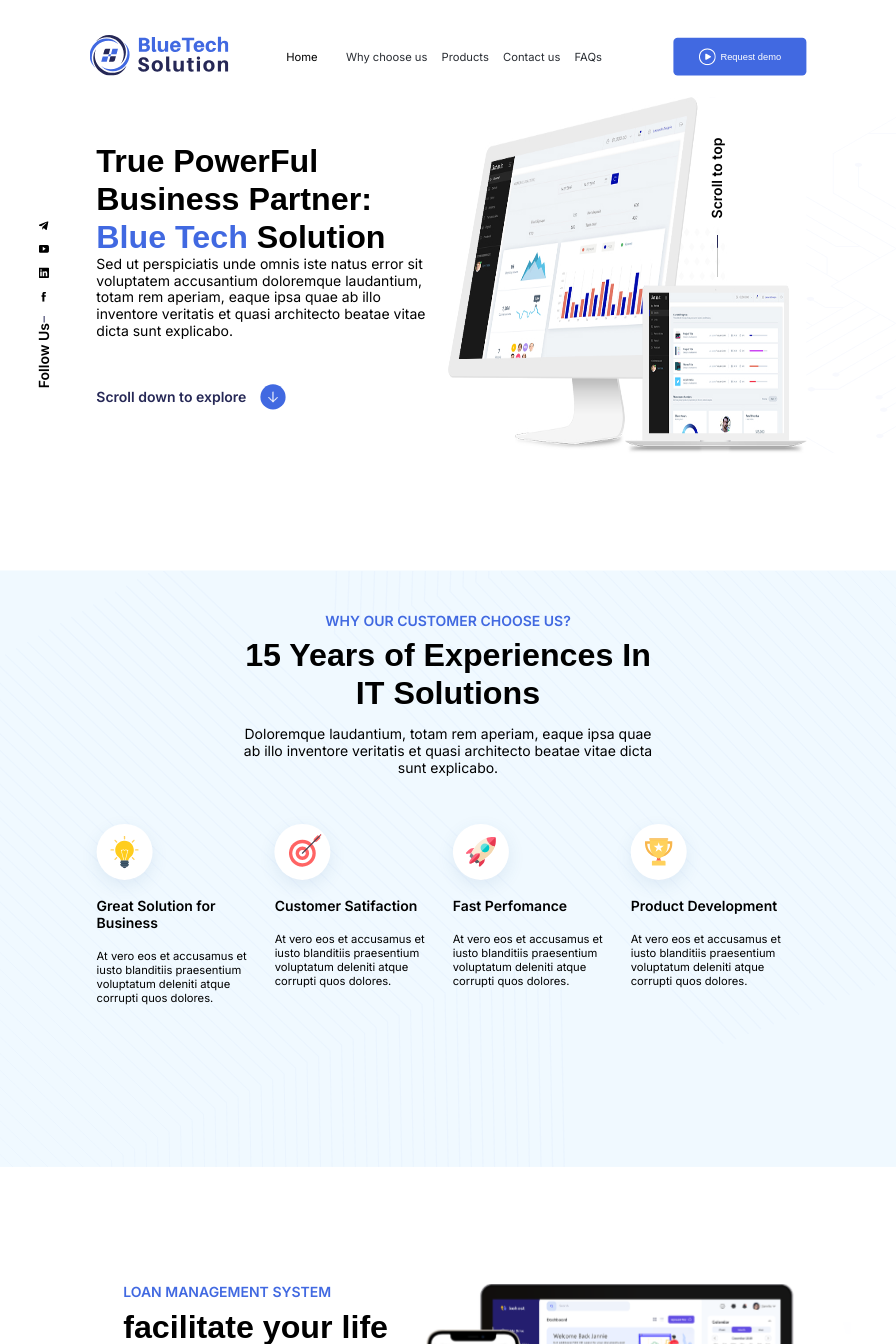
Repository: Chamsmey/static-html-css
Page: index.html
These files come from the project's save history. The page is drawn as it stood at one moment and after the next save; the edit follows.
The browser window is 1280 px wide. The pictures show the part of the page from y = 0 to 1920 px (the page is 3034 px tall), at 70% of full size.
Some web fonts or font styles are not loaded; a fallback is used.

Above is the page before, as saved 2022-11-15 15:50:17.

### index.html
<!DOCTYPE html>
<html lang="en">

<head>
    <meta charset="UTF-8">
    <meta http-equiv="X-UA-Compatible" content="IE=edge">
    <meta name="viewport" content="width=device-width, initial-scale=1.0">
    <title>Blue Tech Solution</title>
    <link rel="stylesheet" href="./css/style.css">
    <link rel="shortcut icon" href="./icons/BlueTech solution _ Logo.svg" type="image/x-icon">
</head>

<body>

    <!-- /// navbar  -->
    <div class="container">
        <nav>
            <div class="logo_group">
                <img src="./icons/BlueTech solution _ Logo.svg" alt="">
            </div>
            <ul class="nav_menu flex_evenly_center">
                <a href="#">
                    <li class="menu_items">Home</li>
                </a>
                <a href="#choose_us">
                    <li class="menu_items">Why choose us
                </a>
                <a href="#products">
                    <li class="menu_items">Products
                </a>
                <a href="#contact">
                    <li class="menu_items">Contact us
                </a>
                <a href="#faq">
                    <li class="menu_items">FAQs</li>
                </a>
            </ul>
            <button class="btn btn_primary">
                <img src="./icons/icon_play_circle.svg" alt="">
                <span>Request demo</span>
            </button>
        </nav>
        <!-- // home  -->
        <section id="home" class="">
            <!-- si=============side left ========= -->
            <div id="side_left" class="flex_beteen_center">

                <div id="follow_social">
                    <div class="icon_group flex_col">
                        <img class="follow_icon" width="15.02px" height="12.6px" src="./icons/icon_telegram.svg" alt="">
                        <img class="follow_icon" width="14.98px
                        " height="11.24px" src="./icons/icon_youtube.svg" alt="">
                        <img class="follow_icon" width="15px" height="15px" src="./icons/icon_linkedIn.svg" alt="">
                        <img class="follow_icon" width="7.5px" height="15px" src="./icons//Icon_facebook.svg" alt="">
                        <img class="follow_icon" width="2px" height="10px" src="./icons//icon_I.svg" alt="">

                        <h5 class="text_tranform text_sm text_center my_25"> Follow Us </h5>

                    </div>
                </div>
                <div id="content">
                    <div class="">
                        <h1 class="text_3xl" >True PowerFul Business Partner: <span class="text_3xl color_primary">Blue Tech </span>Solution</h1>
                        <p class="text_sm">Sed ut perspiciatis unde omnis iste natus error sit voluptatem
                            accusantium doloremque laudantium, totam rem aperiam, eaque ipsa quae ab
                            illo inventore veritatis et quasi architecto
                            beatae vitae dicta sunt explicabo.</p>
                    </div>
                    <div class="">
                        <div id="scroll_icon">
                            <h4 class="text_sm color_secodary">Scroll down to explore</h4>
                            <div class="icon_circle bg_primary ml_10">
                                <img src="./icons/icon_arrow_down_white.png" alt="">
                            </div>
                        </div>

                    </div>

                </div>
            </div>
            <!-- /////////////// side right  -->
            <div id="side_right">
                <img src="./images/home/01.jpg" alt="">
            </div>
        </section>
        </section>

        <!-- choose us -->
        <section id="choose_us" class="choose_us_section bg_primary">
            <div class="header">
                <div class="section_header">
                    <h4 class="text_sm color_primary text_upper mt_50">
                        Why our customer choose us?
                    </h4>
                    <h1 class="text_3xl my_10">
                        15 Years of Experiences
                        In IT Solutions
                    </h1>
                    <p class="text_sm my_10">
                        Doloremque laudantium, totam rem aperiam,
                        eaque ipsa quae ab illo inventore veritatis et quasi architecto beatae
                        vitae dicta sunt explicabo.
                    </p>
                </div>
            </div>
            <div class="card_group_items">
                <div class="card_group flex_beteen_start">
                    <div class="card">
                        <div class="card_header">
                            <div class="icon_circle bg_white icon_80x_80x box_shadow">
                                <img src="./icons/icon_light.svg" alt="">
                            </div>
                        </div>
                        <div class="card_body">
                            <h4 class="text_sm my_25">Great Solution for Business</h4>
                            <p class="text_ms my_10">At vero eos et accusamus et iusto blanditiis praesentium
                                voluptatum deleniti atque corrupti quos dolores.</p>
                        </div>
                    </div>
                    <div class="card">
                        <div class="card_header">
                            <div class="icon_circle bg_white icon_80x_80x box_shadow">
                                <img class="posttion_absolute_center" src="./icons/icon_focus.svg" alt="">
                            </div>
                        </div>
                        <div class="card_body">
                            <h4 class="text_sm my_25">Customer Satifaction</h4>
                            <p class="text_ms my_10">At vero eos et accusamus et iusto blanditiis praesentium
                                voluptatum deleniti atque corrupti quos dolores.</p>
                        </div>
                    </div>
                    <div class="card">
                        <div class="card_header">
                            <div class="icon_circle bg_white icon_80x_80x box_shadow">
                                <img src="./icons/icon_rocket.svg" alt="">
                            </div>
                        </div>
                        <div class="card_body">
                            <h4 class="text_sm my_25">Fast Perfomance</h4>
                            <p class="text_ms my_10">
                                At vero eos et accusamus et iusto blanditiis praesentium
                                voluptatum deleniti atque corrupti quos dolores.</p>
                        </div>
                    </div>
                    <div class="card">
                        <div class="card_header">
                            <div class="icon_circle bg_white icon_80x_80x box_shadow">
                                <img src="./icons/icon_champion.svg" alt="">
                            </div>
                        </div>
                        <div class="card_body">
                            <h4 class="text_sm my_25">Product Development</h4>
                            <p class="text_ms my_10">At vero eos et accusamus et iusto blanditiis praesentium
                                voluptatum deleniti atque corrupti quos dolores.</p>
                        </div>
                    </div>
                </div>
            </div>
            <div class="scroll_bar">
                <h4 class="scroll_bar_title text_sm text_tranform py_30">
                 Scroll to top
                </h4>

                <div class="bar">
                    <img src="./icons/icon_scroll_bar.svg" alt="">
                </div>
            </div>
        </section>
    </div>
    <div>

    </div>
    <!-- product  -->
    <div class="container">
        <section id="products" class="products_section">
            <div class="product_description">
                <h4 class="text_sm text_upper color_primary">Loan Management system</h4>
                <h1 class="text_3xl mt_10">
                    facilitate your life and business
                </h1>
                <p class="text_ms">We provide you with turnkey solutions to support the development
                    of your business and make a better life.</p>
                    <div class="product_values flex_beteen_start">
                        <div class="product_value flex_align_center mt_20">
                            <img src="./icons/icon_percent.svg" alt="">
                            <p class="text_sm text_simibold ml_20">Eliminating human error</p>
                        </div>
                        <div class="product_value flex_align_center mt_20">
                            <img src="./icons/icon_micro.svg" alt="">
                            <p class="text_sm text_simibold ml_20">Automated reporting</p>
                        </div>
                        <div class="product_value flex_align_center mt_20">
                            <img src="./icons/icon_prevent.svg" alt="">
                            <p class="text_sm text_simibold ml_20">Preventing delays in payment</p>
                        </div>
                        <div class="product_value flex_align_center mt_20">
                            <img src="./icons/icon_sms.svg" alt="">
                            <p class="text_sm text_simibold ml_20">Increased revenue</p>
                        </div>
                        <div class="product_value flex_align_center mt_20">
                            <img src="./icons/icon_save.svg" alt="">
                            <p class="text_sm text_simibold ml_20">Saving time</p>
                        </div>
                    </div>
                <button class="btn btn_primary mt_50"><a href="#" class="color_white">Explore more</a> <img src="./icons/icon_arrow_right.svg" alt=""></button>
            </div>
            <div class="product_bg">
                <img src="./images/product.svg" alt="">

            </div>

        </section>
        <section id="products" class="products_section">
            <div class="product_bg">
                <img src="./images/products/products.svg" alt="">

            </div>
            <div class="product_description">
                <h4 class="text_sm text_upper color_primary">Loan Management system</h4>
                <h1 class="text_3xl mt_10">
                    facilitate your life and business
                </h1>
                <p class="text_ms">We provide you with turnkey solutions to support the development
                    of your business and make a better life.</p>
                    <div class="product_values flex_beteen_start">
                        <div class="product_value flex_align_center mt_20">
                            <img src="./icons/icon_percent.svg" alt="">
                            <p class="text_sm text_simibold ml_20">Eliminating human error</p>
                        </div>
                        <div class="product_value flex_align_center mt_20">
                            <img src="./icons/icon_micro.svg" alt="">
                            <p class="text_sm text_simibold ml_20">Automated reporting</p>
                        </div>
                        <div class="product_value flex_align_center mt_20">
                            <img src="./icons/icon_prevent.svg" alt="">
                            <p class="text_sm text_simibold ml_20">Preventing delays in payment</p>
                        </div>
                        <div class="product_value flex_align_center mt_20">
                            <img src="./icons/icon_sms.svg" alt="">
                            <p class="text_sm text_simibold ml_20">Increased revenue</p>
                        </div>
                        <div class="product_value flex_align_center mt_20">
                            <img src="./icons/icon_save.svg" alt="">
                            <p class="text_sm text_simibold ml_20">Saving time</p>
                        </div>
                    </div>
                <button class="btn btn_primary mt_50"><a href="#" class="color_white">Explore more</a> <img src="./icons/icon_arrow_right.svg" alt=""></button>
            </div>


        </section>

    </div>
    <!-- contact  -->
    <section id="contact" class="contact_us_section">

    </section>

    <!-- FAQs  -->
    <section id="faq" class="faq_section">

    </section>
    </div>

    <!-- footer -->
    <footer>

    </footer>
</body>

</html>

### css/style.css
@import url("https://fonts.cdnfonts.com/css/recoleta");
@import url("https://fonts.googleapis.com/css2?family=Inter:wght@100;200;300;400;500;600&family=Open+Sans:ital,wght@0,300;0,400;1,300&display=swap");

* {
  padding: 0;
  margin: 0;
  box-sizing: border-box;
  scroll-behavior: smooth;
}
/* root  */
:root {
  /* color  */
  --color-primary: #4169e1;
  --color-secondary: #262856;
  --bg-color-:#F0F9FF
;
  --color-black: #292d33;
  --color-red: #c14040;
  --color-background: #f1f6fa;
  /* // font size  */
  --text-headline-1: 46px;
  --text-headline-2: 38px;
  --text-headline-3: 30px;
  --text-headline-4: 22px;
  --text-headline-6:18px;
  --text-paragraph-1: 20px;
  --text-paragraph-2: 16px;
  --text-paragraph-3:14px;
  /* // font  family  */
  --heading-font: "Recoleta", sans-serif;
  --paragraph-font: "Open Sans", sans-serif;
  --sub-heading-font: "Inter", sans-serif;
}
/* nav/ */
.color_primary {
  color: var(--color-primary);
}
.color_secodary{
  color: var(--color-secondary);
}
.bg_white{
  background:#fff;
}

/* // text style  */
.text_sm{
  font-size: var(--text-paragraph-1);
  font-family: var(--sub-heading-font);

}
.text_ms{
  font-size: var(--text-paragraph-2);
  font-family: var(--sub-heading-font);
}
.text_3xl{
  font-size: var(--text-headline-1);
  font-family: var(--heading-font);
}
.text_2xl{
  font-size: var(--text-headline-2);
  font-family: var(--heading-font);
}
.text_xl{
  font-size: var(--text-headline-3);
  font-family: var(--heading-font);
}
.text_md{
  font-family: var(--sub-heading-font);
  font-size: var( --text-headline-2);
}
.text_sm_bold{
  font-size: 700;
}

.text_thin{
  font-weight: 400;
}
.text_simibold{
  font-weight: 600;
}
.text_bold{
  font-weight: 700;
}
.text_upper{
  text-transform: uppercase;
}
.text_center {
  text-align: center;
}
.ml_10{
  margin-left: 10px;
}
/* // margin  */
.my_25{
  margin: 25px 0;
}

.my_10{
  margin: 10px 0;
}
.mt_50 {
  margin-top: 50px;
}

.mt_30 {
  margin-top: 30px;
}
.mt_50{
  margin-top: 50px;
}
.mt_20{
  margin-top: 20px;
}
.mt_10{
  margin-top: 10px;
}
.ml_10{
  margin-left: 20px;
}
.ml_20{
  margin-left: 10px;
}

/* // padding */
.px_20{
    padding: 0 20px;
}
.py_10{
  padding: 10px 0;
}

.py_30{
  padding: 30px 0;
}
.px_30{
    padding: 0 30px;
}

/* // flexbox */
.flex_beteen_center {
    display: flex;
    justify-content: space-between;
    flex-wrap: wrap;
    align-items: center;
  }
  .flex_align_center{
    display: flex;
    align-items: center;
  }
  .flex_beteen_start {
    display: flex;
    justify-content: space-between;
    flex-wrap: wrap;
    align-items: flex-start;
  }
  .flex_evenly_center {
    display: flex;
    justify-content: space-evenly;
    flex-wrap: wrap;
    align-items: center;
  }

  .postion_absolute{
    position:absolute;
  }


.box_shadow{
  box-shadow: 0px 8px 24px rgba(53, 95, 158, 0.1);
}
/* ============ */

.container{
  width: 100%;
  margin: auto;
  margin-top: 50px;
}
nav {
  width: 80%;
  margin: 27px auto;
  display: flex;
  justify-content: space-between;
  align-items: center;
}


.nav_menu {
  width: 50%;
  list-style-type: none;
  box-sizing: border-box;
}
a {
  color: var(--color-black);
}
.menu_items {
  color: black;
/* margin-right: 10%; */
  font-family: "Inter", sans-serif;
  font-style: normal;
  font-weight: 400;
  font-size: 16px;
}
a {
  text-decoration: none;
}

.bg_primary {
  background: var(--color-primary);
}
.btn {
  Width:190px;
  Height:54px;
  display: flex;
  flex-direction: row;
  justify-content: space-evenly;
  align-items: center;
  padding: 11px 30px;
  border: none;
  border-radius: 6px;
}
.btn_primary{
  color: white;
  background:var(--color-primary);

}
.color_white{
  color: white;
}
/* home  */
#home {
    width: 100%;
    display: flex;
    margin: auto;
    justify-content: space-evenly;
}

.h1_title {
  font-size: 46px;
  font-family: var(--heading-font);
}
#side_left {
    width: 50%;
    padding: 1rem;
    display: flex;
    justify-content: space-between;
    /* background: red; */
}
#side_right{
  width: 50%;
  background-image: url(../images/home/frame_home.svg);
  background-position: center;
  background-repeat: no-repeat;
  background-size: cover;
  /* overflow: hidden; */

  display: flex;
  /* align-items: center; */
  /* background: green; */
}
#side_right img {
  width: 80%;
height: 509px;

}
#content {
    width: 80%;

    /* margin-top: 1rem; */
    /* padding:0em 8em ; */
    /* background: #d/dd; */
}
.flex_col {
  display: flex;
  flex-direction: column;
  flex-wrap: wrap;
}
.follow_icon {
  flex: 1;

  margin: 10px auto 10px auto;
}
#follow_social {
  margin-top: 4em;

}
.text_tranform {
  transform: rotate(-90deg);
}

#scroll_icon{
    margin-top: 4em;
    display: flex;
    align-items: center;
}
.posttion_absolute_center{
  position: absolute;
  left: 55%;
  top:48%;
  transform:translate(-50%, -50%);
}
.icon_circle{
  position: relative;
    width: 36px;
    padding: 5px;
    height: 36px;
    display: flex;
    justify-content: center;
    align-items: center;
    border-radius: 50%;
}

/* choose section  */
.choose_us_section{

  width: 100%;
  background:var(--bg-color-);
  background-image: url(../images/choose_page/frame_choose_us.svg);
  margin: 167px auto;
  display: flex;
  flex-direction: column;
  height: 852px;


}
.section_header{
  height: 352px;

  ;
}

.header .section_header{
  width: 49%;
  text-align: center;
  padding: 10px;
  display: flex;
  flex-direction: column;
  align-items: center;
  margin: auto;

}
.card_group_items{

  width: 80%;
  padding: 10px;
  display: block;
  margin: auto;
}
.card_group{
  height: 500px;
  /* background: #000; */

}
.card{
  width: 24%;
height: 300px;
/* background:gray; */

}

.icon_80x_80x{
  width: 80px;
  height: 80px;
}
.icon_center{
  left: 31.8%;

}

.scroll_bar{
  position: fixed;
  z-index: 10;
  display: flex;

  flex-direction: column;
  justify-content: space-between;
  align-items:center;
  width: 50px;
  height: 200px;
  /* background: red; */
  left: 1000px;
  top: 200px;

}

.scroll_bar_title{
    column-width: auto;
    width: 140px;
    padding-left: 0px;
    /* background: blue; */
}


/* ========productsection ===== */

.products_section{
  width: 100%;
  padding: 0 ;
  margin: auto;
  height: 600px;

  display: flex;
  /* justify-content: space-between; */
/* background: #ddd; */
}

.product_description{
 width: 45%;
  /* background:red; */
  padding-left: 11em;
}
.product_value{
  width: 50%;
}
.product_bg{
  width: 50%;
  /* background: #000; */
  display: flex;
  justify-content:center;
  align-items: flex-start;
  background-image: url(../images/products/frame_pro_section.svg);
  /* background-color: #cccccc;  */
  background-position: center;
  background-repeat: no-repeat;
  background-size: cover;
}

.product_bg img{
  width: 90%;
  box-sizing: border-box;
}

After the next save:
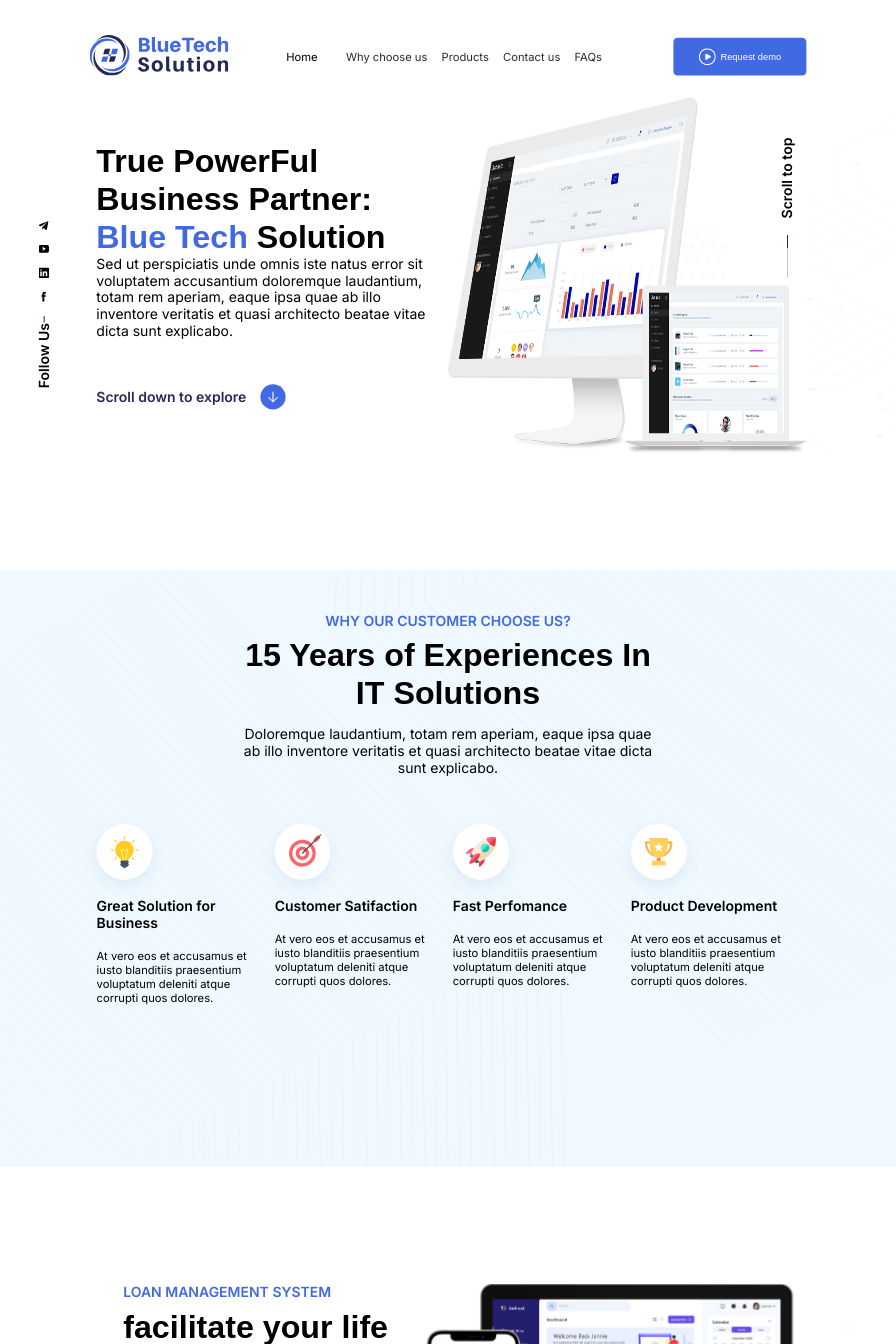
Saved 5 s later.
--- a/css/style.css
+++ b/css/style.css
@@ -377,7 +377,7 @@ height: 300px;
   width: 50px;
   height: 200px;
   /* background: red; */
-  left: 1000px;
+  left: 1100px;
   top: 200px;
 
 }
